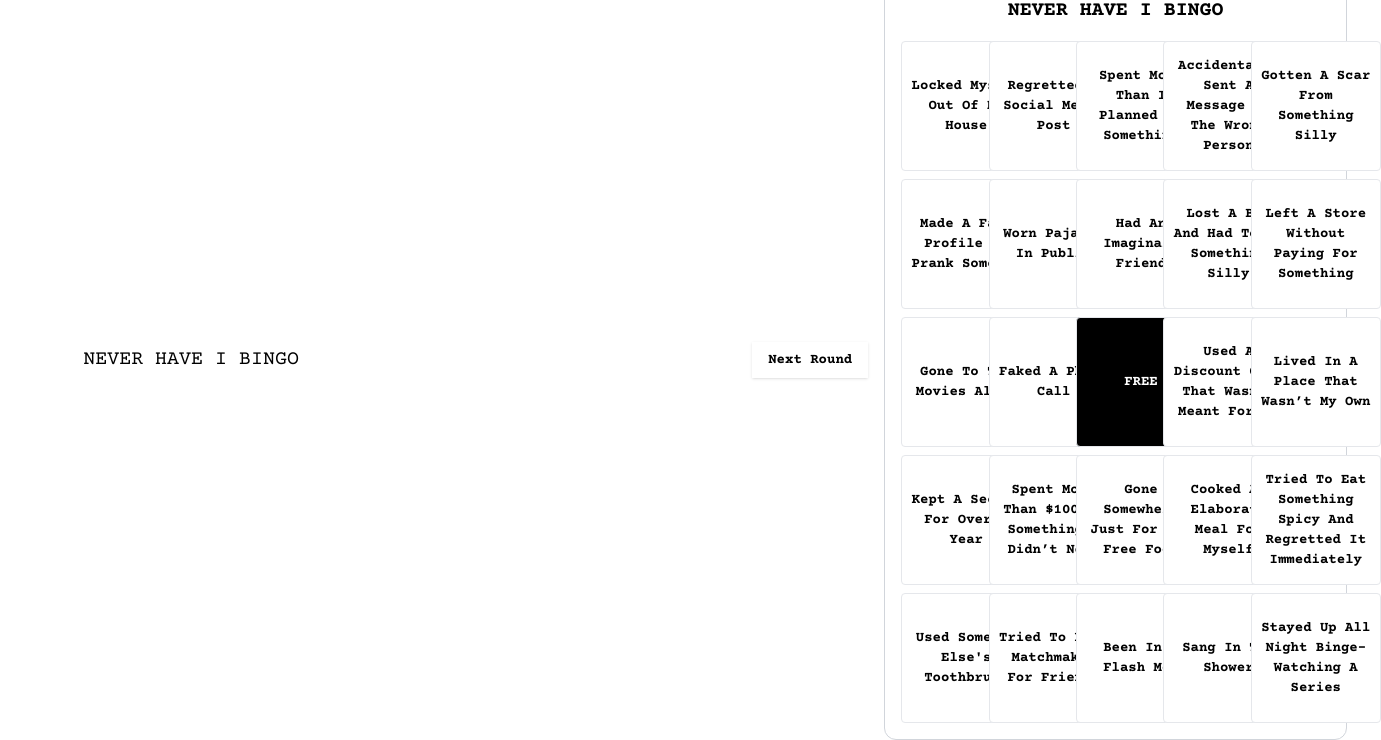
Repository: Jeysmeister/sensoryminds-bingo
Page: /
An editor plug-in stored every save of this project. The page is shown before and after the next save, followed by the edit.
The browser window is 1280 px wide. The page is 1381 px wide, then 1347 px, so the pictures cover 1381 px, including what lies to the right of the window. The pictures show the whole page.
The project was rebuilt for these pictures with package versions that can differ from the ones it lists, and the page was loaded fresh each time. The framework's server and built-in components were replaced by stand-ins that run in the browser. Also part of the build but not shown: next.config.ts.

Above is the page before, as saved 2024-11-12 17:57:02.

### app/layout.tsx
import type { Metadata } from "next";
import { Courier_Prime } from "next/font/google";
import "./globals.css";
import Header from "./components/Header";

export const metadata: Metadata = {
  title: "Never have I BINGO",
  description: "Sensory Minds Front-End Coding Challenge",
};

const courier = Courier_Prime({
  subsets: ["latin"],
  weight: ["400", "700"],
});

export default function RootLayout({
  children,
}: Readonly<{
  children: React.ReactNode;
}>) {
  return (
    <html lang="en">
      <body className={`${courier.className} antialiased`}>{children}</body>
    </html>
  );
}

### app/page.tsx
import { neverHaveIEverQuestions } from "@/data/questions";
import BingoCard from "./components/BingoCard";
import Header from "./components/Header";

export default function Home() {
  const getRandomQuestions = (count: number) => {
    const shuffled = [...neverHaveIEverQuestions].sort(() => 0.5 - Math.random());
    return shuffled.slice(0, count);
  };
  const questions = getRandomQuestions(24);
  return (
    <div className="flex w-screen">
      <div className="w-screen h-screen flex justify-center items-center text-white font-xl">WELCOME TO NEVER HAVE I BINGO</div>
      <div className="w-screen h-screen flex justify-center items-center">
        <Header />
        <BingoCard questions={questions} />
      </div>
    </div>
  );
}

### data/questions.ts
export const neverHaveIEverQuestions = [
  "laughed so hard I snorted",
  "eaten a whole pizza by myself",
  "stayed up all night binge-watching a series",
  "danced in the rain",
  "tried to learn another language just to impress someone",
  "accidentally texted the wrong person",
  "pretended to know a celebrity",
  "had a nightmare about work or school",
  "played a prank on a teacher or boss",
  "gone skinny dipping",
  "gotten lost in an amusement park",
  "been on a blind date",
  "pretended to be on a cooking show while making food",
  "locked myself out of my house",
  "forgotten an important anniversary or birthday",
  "tried a weird food combination that I ended up loving",
  "cried during a movie",
  "played a video game all night",
  "forgotten someone's name right after meeting them",
  "laughed at a joke I didn't get",
  "sung karaoke in public",
  "cried at a wedding",
  "been the last one awake at a sleepover",
  "tried to start a fire without matches or a lighter",
  "accidentally sent a message to the wrong person",
  "made up an excuse to get out of a date",
  "accidentally walked into the wrong restroom",
  "gotten a tattoo I regretted",
  "pretended to like a gift I didn't like",
  "been on a roller coaster",
  "cried during a song",
  "fainted in public",
  "had my phone fall in water",
  "pretended to be sick to skip school or work",
  "done a backflip",
  "lied to my best friend",
  "been scared of clowns",
  "cried at a concert",
  "sang in the shower",
  "had a crush on a teacher",
  "broken a bone",
  "eaten food that was still frozen",
  "gotten stitches",
  "driven a car",
  "ridden a motorcycle",
  "been to a haunted house",
  "been on TV",
  "been afraid of the dark",
  "been stuck in an elevator",
  "lost my wallet",
  "cooked an elaborate meal for myself",
  "accidentally broken a friend's item and didn't tell them",
  "regretted a social media post",
  "missed a flight",
  "forgotten my passport while traveling",
  "made a mess and left it for someone else to clean",
  "skipped school or work for a road trip",
  "written a poem for someone",
  "fallen asleep on public transportation and missed my stop",
  "said 'you too' when a cashier said 'enjoy your meal'",
  "been told I look like a celebrity",
  "stayed up all night talking to someone",
  "gone to a costume party as myself",
  "bought something just for the packaging",
  "tried to do the splits",
  "put something back on the shelf after deciding not to buy it",
  "worn pajamas in public",
  "ordered an item of food just to take a picture of it",
  "walked into a glass door",
  "gone somewhere just for the free food",
  "tried a dance move from a music video",
  "lost something important and found it years later",
  "kept a plant alive for over a year",
  "given a fake name at a coffee shop",
  "forgotten where I parked my car",
  "forgotten my own phone number",
  "sent a text while angry that I regretted later",
  "watched an entire series in a single day",
  "had a song stuck in my head for days",
  "missed an important event because I overslept",
  "gotten sunburned so badly I peeled",
  "tried to ice skate and fallen",
  "been in a flash mob",
  "left a comment on a stranger's social media",
  "gone to the movies alone",
  "pretended to understand something I didn't",
  "stolen something small from a hotel",
  "broken a bone and not realized it immediately",
  "sent an email without proofreading it first",
  "taken a personality quiz online",
  "signed up for something I didn't want just for a freebie",
  "gotten a scar from something silly",
  "apologized to an object after bumping into it",
  "lost track of time while browsing the internet",
  "taken a selfie with a pet",
  "stayed in pajamas all day",
  "been seasick",
  "seen a ghost",
  "tried to play matchmaker for friends",
  "pretended I knew the words to a song",
  "kept a secret for over a year",
  "ate something weird just to prove I could",
  "looked up my own name on the internet",
  "changed my hairstyle on a whim",
  "put salt in coffee or tea by accident",
  "eaten a whole cake by myself",
  "watched a movie and fell asleep halfway through",
  "had an imaginary friend",
  "been to a concert",
  "eaten food that was past its expiration date",
  "accidentally called someone by the wrong name",
  "broken something expensive and blamed it on someone else",
  "spent more than $100 on something I didn’t need",
  "used someone else's toothbrush",
  "tried to eat something spicy and regretted it immediately",
  "posted something embarrassing online",
  "tried to flirt and failed miserably",
  "lied about my age",
  "been on a dating app",
  "used a fake ID",
  "faked being sick to avoid something",
  "lived in a place that wasn’t my own",
  "kept something from my childhood",
  "had a pet that wasn’t a dog or cat",
  "faked a phone call",
  "ate something because it was trendy",
  "thought I was going to die at some point",
  "slept through an alarm",
  "danced in front of a mirror",
  "sang in front of a mirror",
  "had a food fight",
  "tried to become friends with someone just because they were popular",
  "stalked someone on social media",
  "tried to break up with someone but didn’t",
  "had a crush on a fictional character",
  "joined a group just to get discounts",
  "told someone a secret and regretted it",
  "ate something I didn’t like to be polite",
  "cheated on a test",
  "used a burner phone",
  "felt awkward in a social setting",
  "kept a childhood toy",
  "threw a surprise party for someone",
  "accidentally walked into a room full of people while I was on a video call",
  "joined a club to meet new people",
  "went on a blind date",
  "helped a friend cheat on an exam",
  "had a weird pet",
  "forgotten to charge my phone",
  "called in sick to work when I wasn’t",
  "been caught stealing something",
  "tried to take a shortcut that ended up being longer",
  "left a store without paying for something",
  "made a fake profile to prank someone",
  "kept a really embarrassing thing secret from my family",
  "met someone famous",
  "slept through an important meeting",
  "had a crush on a teacher",
  "sang in public",
  "had a bad haircut and didn’t tell anyone",
  "used a dating app without success",
  "snuck into a movie",
  "made a prank phone call",
  "used someone’s Netflix account without permission",
  "went on a vacation alone",
  "used a discount code that wasn’t meant for me",
  "accidentally wore mismatched socks",
  "tried a weird life hack that didn’t work",
  "got scammed online",
  "eaten an entire chocolate bar in one sitting",
  "seen something creepy and didn’t tell anyone",
  "been told to be quiet in a library",
  "been to a theme park with friends",
  "gotten in trouble for something I didn’t do",
  "had a fashion disaster",
  "was a picky eater when I was younger",
  "accidentally liked an old photo on social media",
  "wore sunglasses inside",
  "stayed up late for no reason",
  "had an awkward family gathering",
  "been called out in a public place",
  "tried to impress someone and failed",
  "lost a bet and had to do something silly",
  "said something inappropriate in front of my parents",
  "been to a concert of a band I didn’t like",
  "laughed during a serious moment",
  "tried to sell something I didn’t need",
  "talked to someone only to realize I had met them before",
  "tried to skip a line and got caught",
  "ate food that was not prepared by me",
  "tried to fix something and made it worse",
  "was shocked by something that turned out to be a prank",
  "pretended to be asleep when someone walked in",
  "had a crush on someone for a long time without telling them",
  "spent too much money on coffee",
  "missed a major event because I overslept",
  "sent a message to the wrong person by accident",
  "accidentally made an embarrassing sound in public",
  "looked up how to do something but still couldn’t",
  "tried to impress someone with a talent I didn’t have",
  "tried a food that sounded good but tasted bad",
  "was caught talking to myself in public",
  "made a mess and didn’t clean it up",
  "was caught eavesdropping on a conversation",
  "spent more than I planned on something",
  "told someone I was busy when I wasn’t",
  "went somewhere just for the food",
  "tried to act cool but failed",
  "lost something and then found it in a place I looked earlier",
  "spent an entire day in my pajamas",
  "tried a DIY project and it turned out horrible",
  "pretended to be an expert at something",
  "laughed at a joke I didn’t understand",
  "accidentally sent a text with a typo to my boss",
  "talked to someone for a while only to realize they weren’t who I thought",
  "tried to speak another language and failed",
  "got caught in a lie",
  "accidentally said something inappropriate",
  "pretended to know how to drive but didn’t",
  "lost my phone and found it in the last place I looked",
  "ate something and immediately regretted it",
  "been surprised by a surprise party",
  "sung a song in the car like it was a concert",
  "pretended to be sick to avoid work",
  "had a pet that I wasn’t responsible for",
  "been on a reality TV show",
  "eaten a whole bag of chips in one sitting",
  "watched something on Netflix that was totally embarrassing",
  "forgotten to reply to a message for a week",
  "gotten lost and found my way by asking for directions",
  "been embarrassed by my own joke",
  "told a bad joke that no one laughed at",
  "forgotten my own birthday",
  "failed a simple task",
  "been caught stealing something small",
  "spied on someone without their knowledge",
  "drank coffee at midnight",
  "accidentally sent a selfie to the wrong person",
  "made a huge mistake at work",
  "accidentally dyed my hair a weird color",
  "acted like I knew something but didn’t",
  "forgotten where I put my phone",
  "told a fib that backfired",
  "shared a secret that wasn’t mine to share",
];

### app/components/BingoCard.tsx
"use client";

import { possibleWins } from "@/data/possibleWins";
import { useEffect, useState } from "react";
import BingoItem from "./BingoItem";
import { motion } from "framer-motion";

const container = {
  hidden: { opacity: 1, scale: 0 },
  visible: {
    opacity: 1,
    scale: 1,
    transition: {
      delayChildren: 0.3,
      staggerChildren: 0.2,
    },
  },
};

const child = {
  hidden: { y: 20, opacity: 0 },
  visible: {
    y: 0,
    opacity: 1,
  },
};

const BingoCard = ({ questions }: { questions: string[] }) => {
  const [marked, setMarked] = useState<number[]>([12]);
  const grid = [...questions.slice(0, 12), "FREE", ...questions.slice(12)];
  const checkForWin = (markedBoxes: number[]) => {
    return possibleWins.some((combination) => combination.every((index) => markedBoxes.includes(index)));
  };
  useEffect(() => {
    console.log(marked);
    const win = checkForWin(marked);
    if (win) {
      console.log("WINNER");
    }
  }, [marked]);

  return (
    <motion.div variants={container} initial="hidden" animate="visible" className="border border-gray-300 p-4 pt-0 rounded-xl">
      <div className="flex w-full justify-center items-center py-4 text-xl font-extrabold">NEVER HAVE I BINGO</div>
      <div className="max-w-[800px] max-h-[800px] grid grid-cols-5 gap-2">
        {grid.map((item, index) => (
          <motion.div variants={child}>
            <BingoItem key={index} index={index} item={item} marked={marked} setMarked={setMarked} />
          </motion.div>
        ))}
      </div>
    </motion.div>
  );
};

export default BingoCard;

### app/components/Header.tsx
import { Button } from "@/components/ui/button";

const Header = () => {
  return (
    <div className="p-4 w-screen flex justify-between items-center">
      <div className="text-xl">NEVER HAVE I BINGO</div>
      <Button className="font-extrabold">Next Round</Button>
    </div>
  );
};

export default Header;

### data/possibleWins.ts
export const possibleWins = [
  // Rows
  [0, 1, 2, 3, 4], // Row 1
  [5, 6, 7, 8, 9], // Row 2
  [10, 11, 12, 13, 14], // Row 3
  [15, 16, 17, 18, 19], // Row 4
  [20, 21, 22, 23, 24], // Row 5

  // Columns
  [0, 5, 10, 15, 20], // Column 1
  [1, 6, 11, 16, 21], // Column 2
  [2, 7, 12, 17, 22], // Column 3
  [3, 8, 13, 18, 23], // Column 4
  [4, 9, 14, 19, 24], // Column 5

  // Diagonals
  [0, 6, 12, 18, 24], // Diagonal 1
  [4, 8, 12, 16, 20], // Diagonal 2
];

### app/components/BingoItem.tsx
"use client";

import { useState } from "react";
import { motion } from "framer-motion";

const BingoItem = ({ index, item, marked, setMarked }: { index: number; item: string; marked: number[]; setMarked: (value: number[]) => void }) => {
  const [active, setActive] = useState(item === "FREE" ? true : false);
  const handleClick = (index: number) => {
    if (item !== "FREE") {
      const newActive = !active;
      if (newActive) {
        setActive(newActive);
        setMarked([...marked, index]);
      } else {
        setActive(newActive);
        const indexOfItem = marked.indexOf(index);
        setMarked([...marked.splice(0, indexOfItem), ...marked.splice(indexOfItem)]);
      }
    }
  };
  return (
    <motion.div
      initial={{ backgroundColor: "#ffffff" }}
      animate={{
        backgroundColor: active ? "#000000" : "#ffffff",
      }}
      transition={{ duration: 0.5 }}
      key={index}
      className={`relative flex items-center justify-center p-2 h-[130px] w-[130px] border border-gray-200 rounded ${active ? "bg-black text-white" : "bg-white text-black"} cursor-pointer`}
      onClick={() => handleClick(index)}
    >
      <p className="text-center text-sm font-extrabold capitalize">{item}</p>
    </motion.div>
  );
};

export default BingoItem;

### components/ui/button.tsx
import * as React from "react"
import { Slot } from "@radix-ui/react-slot"
import { cva, type VariantProps } from "class-variance-authority"

import { cn } from "@/lib/utils"

const buttonVariants = cva(
  "inline-flex items-center justify-center gap-2 whitespace-nowrap rounded-md text-sm font-medium transition-colors focus-visible:outline-none focus-visible:ring-1 focus-visible:ring-ring disabled:pointer-events-none disabled:opacity-50 [&_svg]:pointer-events-none [&_svg]:size-4 [&_svg]:shrink-0",
  {
    variants: {
      variant: {
        default:
          "bg-primary text-primary-foreground shadow hover:bg-primary/90",
        destructive:
          "bg-destructive text-destructive-foreground shadow-sm hover:bg-destructive/90",
        outline:
          "border border-input bg-background shadow-sm hover:bg-accent hover:text-accent-foreground",
        secondary:
          "bg-secondary text-secondary-foreground shadow-sm hover:bg-secondary/80",
        ghost: "hover:bg-accent hover:text-accent-foreground",
        link: "text-primary underline-offset-4 hover:underline",
      },
      size: {
        default: "h-9 px-4 py-2",
        sm: "h-8 rounded-md px-3 text-xs",
        lg: "h-10 rounded-md px-8",
        icon: "h-9 w-9",
      },
    },
    defaultVariants: {
      variant: "default",
      size: "default",
    },
  }
)

export interface ButtonProps
  extends React.ButtonHTMLAttributes<HTMLButtonElement>,
    VariantProps<typeof buttonVariants> {
  asChild?: boolean
}

const Button = React.forwardRef<HTMLButtonElement, ButtonProps>(
  ({ className, variant, size, asChild = false, ...props }, ref) => {
    const Comp = asChild ? Slot : "button"
    return (
      <Comp
        className={cn(buttonVariants({ variant, size, className }))}
        ref={ref}
        {...props}
      />
    )
  }
)
Button.displayName = "Button"

export { Button, buttonVariants }

Loaded but not shown: app/globals.css (common file); lib/utils.ts (common file); tailwind.config.ts (common file)

After the next save:
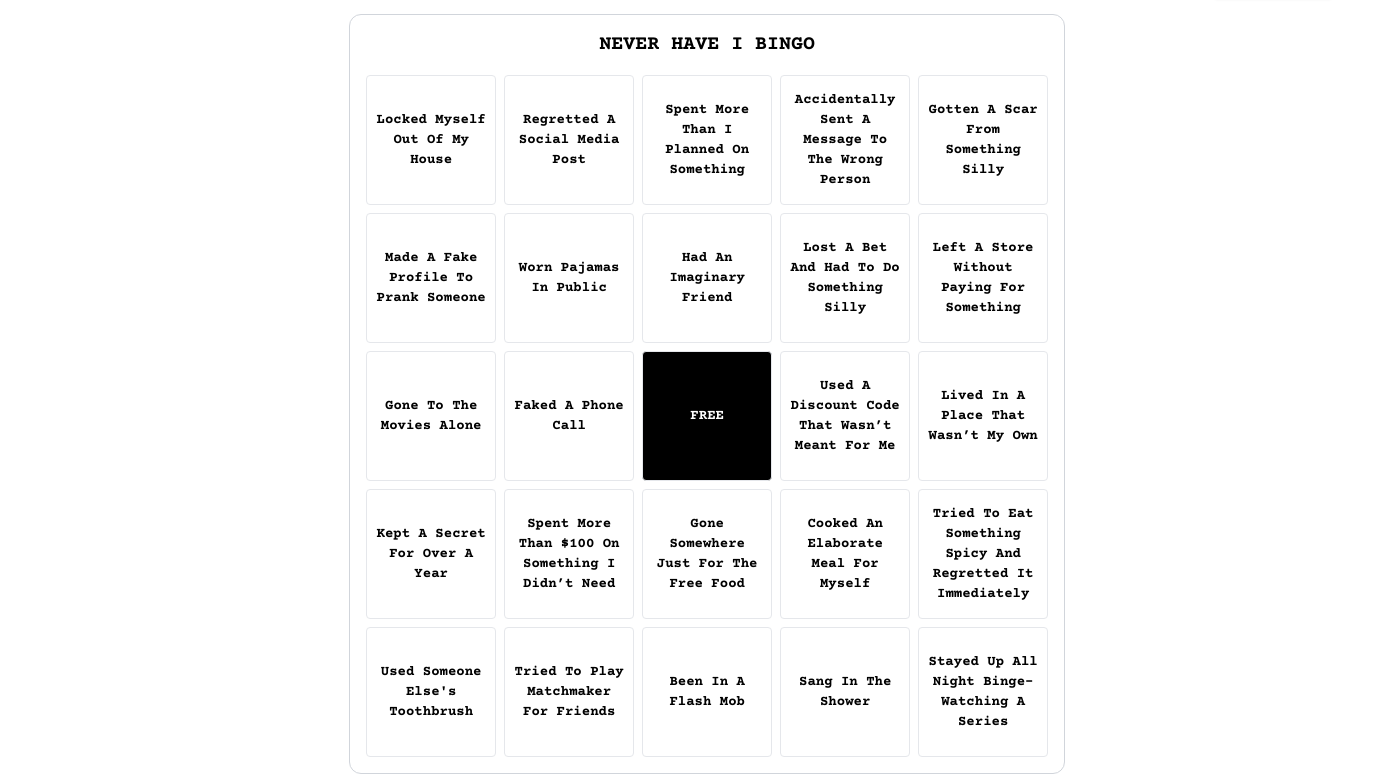
Saved 10 s later.
--- a/app/page.tsx
+++ b/app/page.tsx
@@ -11,7 +11,7 @@ export default function Home() {
   return (
     <div className="flex w-screen">
       <div className="w-screen h-screen flex justify-center items-center text-white font-xl">WELCOME TO NEVER HAVE I BINGO</div>
-      <div className="w-screen h-screen flex justify-center items-center">
+      <div className="w-screen h-screen flex flex-col justify-center items-center">
         <Header />
         <BingoCard questions={questions} />
       </div>
